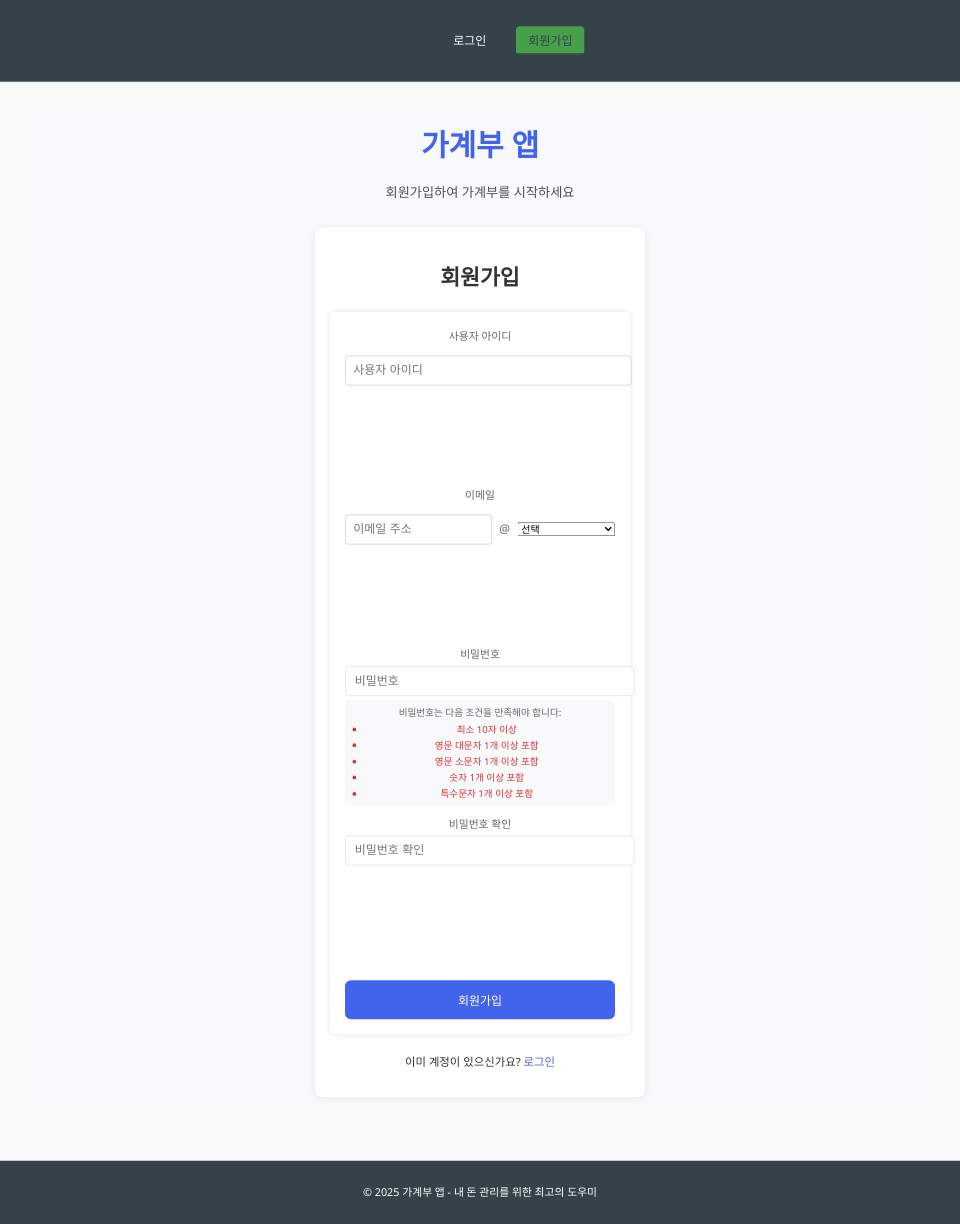
Repository: dldnwls07/Register_Login_Form
Page: /register
An editor plug-in stored every save of this project. The page is shown before and after the next save, followed by the edit.
The browser window is 1280 px wide. The pictures show the whole page, at 75% of full size.
The project was rebuilt for these pictures with package versions that can differ from the ones it lists, and the page was loaded fresh each time. Also part of the build but not shown: src/components/Summary.jsx, src/styles/pages/MainPage.css, src/pages/MainPage.jsx, src/utils/categoryData.js, src/components/CategorySelector.jsx, src/components/EntryForm.jsx, src/components/EntryTable.jsx, src/components/SearchBar.jsx and 15 more.

Above is the page before, as saved 2025-05-23 14:12:04.

### public/index.html
<!DOCTYPE html>
<html lang="en">
<head>
    <meta charset="UTF-8">
    <meta name="viewport" content="width=device-width, initial-scale=1.0">
    <title>My Money App</title>
</head>
<body>
    <div id="root"></div>
</body>
</html>

### src/styles/App.css
/* Added CSS variables for theme */
:root {
  --background-light: #f9f9f9;
  --background-dark: #121212;
  --text-light: #333;
  --text-dark: #eee;
  --primary-color: #35424a;
  --accent-color: #45a049;
  --border-radius: 5px;
  --box-shadow: 0 0 10px rgba(0, 0, 0, 0.1);
}

body {
  font-family: 'Segoe UI', Tahoma, Geneva, Verdana, sans-serif;
  background-color: var(--background-light);
  color: var(--text-light);
  margin: 0;
  padding: 0;
}

.dark body {
  background-color: var(--background-dark);
  color: var(--text-dark);
}

.container {
    width: 80%;
    margin: auto;
    overflow: hidden;
}

header {
    background: #35424a;
    color: #ffffff;
    padding: 10px 0;
    text-align: center;
}

h1 {
    margin: 0;
}

form {
    background: #ffffff;
    padding: 20px;
    border-radius: 5px;
    box-shadow: 0 0 10px rgba(0, 0, 0, 0.1);
}

input[type="text"],
input[type="number"] {
    width: 100%;
    padding: 10px;
    margin: 10px 0;
    border: 1px solid #ccc;
    border-radius: 4px;
}

button {
    background: #35424a;
    color: #ffffff;
    border: none;
    padding: 10px 15px;
    border-radius: 5px;
    cursor: pointer;
}

button:hover {
    background: #45a049;
}

.table {
    width: 100%;
    margin-top: 20px;
    border-collapse: collapse;
}

.table th,
.table td {
    border: 1px solid #ddd;
    padding: 8px;
}

.table th {
    background-color: #35424a;
    color: white;
}

.summary {
    background: #ffffff;
    padding: 20px;
    border-radius: 5px;
    box-shadow: 0 0 10px rgba(0, 0, 0, 0.1);
    margin-top: 20px;
}

.pie-chart {
    margin-top: 20px;
}

/* Added media query for responsiveness */
@media (max-width: 768px) {
  .entry-form {
    flex-direction: column;
  }
}

/* 앱 레이아웃 스타일 */
.App {
  display: flex;
  flex-direction: column;
  min-height: 100vh;
}

.App-header {
  background-color: var(--primary-color);
  color: white;
  padding: 1rem 0;
  text-align: center;
}

.App-content {
  flex: 1;
  padding: 2rem;
  max-width: 1200px;
  margin: 0 auto;
  width: 100%;
}

.App-footer {
  background-color: var(--primary-color);
  color: white;
  text-align: center;
  padding: 1rem 0;
  margin-top: 2rem;
}

/* 네비게이션 스타일 */
.main-navigation {
  background-color: var(--primary-color);
  padding: 0.5rem 0;
}

.nav-links {
  display: flex;
  justify-content: center;
  gap: 1.5rem;
  padding: 0;
  margin: 0;
}

.nav-links a {
  color: white;
  text-decoration: none;
  padding: 0.5rem 1rem;
  border-radius: var(--border-radius);
  transition: background-color 0.3s;
}

.nav-links a:hover, .nav-links a.active {
  background-color: var(--accent-color);
}

/* 카드 스타일 */
.navigation-links {
  display: grid;
  grid-template-columns: repeat(auto-fit, minmax(300px, 1fr));
  gap: 2rem;
  margin-top: 2rem;
}

.nav-card {
  background-color: white;
  padding: 1.5rem;
  border-radius: var(--border-radius);
  box-shadow: var(--box-shadow);
  transition: transform 0.3s, box-shadow 0.3s;
}

.nav-card:hover {
  transform: translateY(-5px);
  box-shadow: 0 10px 20px rgba(0, 0, 0, 0.15);
}

.nav-link {
  text-decoration: none;
  color: var(--text-light);
}

/* 페이지 스타일 */
.main-page, .spending-page, .goal-page, .analysis-page {
  padding: 1rem 0;
}

.back-link {
  margin-bottom: 2rem;
}

.back-link a {
  color: var(--primary-color);
  text-decoration: none;
  display: flex;
  align-items: center;
  gap: 0.5rem;
}

.back-link a:hover {
  text-decoration: underline;
}

/* 콘텐츠 레이아웃 */
.spending-content, .goal-content, .analysis-content {
  display: grid;
  grid-template-columns: 1fr;
  gap: 2rem;
}

@media (min-width: 768px) {
  .spending-content, .goal-content, .analysis-content {
    grid-template-columns: repeat(2, 1fr);
  }
}

### src/pages/auth/RegisterPage.jsx
import React from 'react';
import { useNavigate } from 'react-router-dom';
import RegisterForm from '../../components/RegisterForm';
import '../../styles/pages/AuthPage.css';

const RegisterPage = () => {
  const navigate = useNavigate();

  const handleRegisterSuccess = () => {
    navigate('/login', {
      state: { message: '회원가입에 성공했습니다. 로그인해주세요.' }
    });
  };

  return (
    <div className="auth-page">
      <div className="auth-container">
        <h1>가계부 앱</h1>
        <p className="auth-description">회원가입하여 가계부를 시작하세요</p>
        <RegisterForm onRegisterSuccess={handleRegisterSuccess} />
      </div>
    </div>
  );
};

export default RegisterPage;

### src/components/Navigation.jsx
import React from 'react';
import { Link, useLocation } from 'react-router-dom';
import { useAuth } from '../hooks/useAuth';

const Navigation = () => {
  const location = useLocation();
  const { user } = useAuth();

  return (
    <nav className="main-navigation">
      <ul className="nav-links">
        {user ? (
          // 로그인된 사용자용 메뉴
          <>
            <li>
              <Link to="/" className={location.pathname === '/' ? 'active' : ''}>
                대시보드
              </Link>
            </li>
            <li>
              <Link to="/spending" className={location.pathname === '/spending' ? 'active' : ''}>
                지출 관리
              </Link>
            </li>
            <li>
              <Link to="/goal" className={location.pathname === '/goal' ? 'active' : ''}>
                목표 설정
              </Link>
            </li>
            <li>
              <Link to="/analysis" className={location.pathname === '/analysis' ? 'active' : ''}>
                지출 분석
              </Link>
            </li>
            <li>
              <Link to="/profile" className={location.pathname === '/profile' ? 'active' : ''}>
                프로필
              </Link>
            </li>
          </>
        ) : (
          // 로그인되지 않은 사용자용 메뉴
          <>
            <li>
              <Link to="/login" className={location.pathname === '/login' ? 'active' : ''}>
                로그인
              </Link>
            </li>
            <li>
              <Link to="/register" className={location.pathname === '/register' ? 'active' : ''}>
                회원가입
              </Link>
            </li>
          </>
        )}
      </ul>
    </nav>
  );
};

export default Navigation;

### src/styles/Common.css
/* 공통 스타일 - 네비게이션, 헤더, 푸터 등 공통 요소 디자인 */

:root {
  --primary-color: #2D7FF9;
  --accent-color: #00D1D1;
  --text-color: #333333;
  --text-light: #666666;
  --background-color: #F5F7FC;
  --card-background: #FFFFFF;
  --border-radius: 16px;
  --box-shadow: 0 2px 10px rgba(0, 0, 0, 0.05);
  --hover-shadow: 0 10px 20px rgba(0, 0, 0, 0.1);
  --transition: 0.2s ease;
}

body {
  font-family: 'Pretendard', -apple-system, BlinkMacSystemFont, system-ui, Roboto, 'Helvetica Neue', 'Segoe UI', sans-serif;
  background-color: var(--background-color);
  color: var(--text-color);
  margin: 0;
  padding: 0;
  line-height: 1.6;
}

/* 앱 레이아웃 */
.App {
  display: flex;
  flex-direction: column;
  min-height: 100vh;
}

/* 헤더 스타일 */
.App-header {
  background-color: var(--card-background);
  box-shadow: 0 1px 5px rgba(0, 0, 0, 0.03);
  padding: 1.25rem 0;
  position: sticky;
  top: 0;
  z-index: 100;
}

.header-container {
  display: flex;
  flex-direction: column;
  align-items: center;
  max-width: 1200px;
  margin: 0 auto;
  padding: 0 1.5rem;
}

@media (min-width: 768px) {
  .header-container {
    flex-direction: row;
    justify-content: space-between;
  }
}

.App-header h1 {
  font-size: 1.5rem;
  font-weight: 700;
  color: var(--primary-color);
  margin: 0;
}

/* 메인 컨텐츠 스타일 */
.App-content {
  flex: 1;
  max-width: 1200px;
  margin: 0 auto;
  width: 100%;
  padding: 2rem 1.5rem;
}

/* 푸터 스타일 */
.App-footer {
  background-color: var(--card-background);
  padding: 1.5rem 0;
  margin-top: 3rem;
  text-align: center;
  font-size: 0.9rem;
  color: var(--text-light);
  border-top: 1px solid #eaeaea;
}

/* 네비게이션 스타일 */
.main-navigation {
  width: 100%;
  display: flex;
  justify-content: center;
  margin-top: 1rem;
}

@media (min-width: 768px) {
  .main-navigation {
    margin-top: 0;
  }
}

.nav-links {
  display: flex;
  gap: 1.5rem;
  padding: 0;
  margin: 0;
  list-style: none;
}

.nav-links a {
  color: var(--text-light);
  text-decoration: none;
  font-size: 1rem;
  font-weight: 500;
  padding: 0.5rem;
  transition: color var(--transition);
  position: relative;
}

.nav-links a:before {
  content: '';
  position: absolute;
  bottom: 0;
  left: 0;
  width: 0;
  height: 2px;
  background-color: var(--primary-color);
  transition: width var(--transition);
}

.nav-links a:hover, .nav-links a.active {
  color: var(--primary-color);
}

.nav-links a:hover:before, .nav-links a.active:before {
  width: 100%;
}

### src/styles/pages/AuthPage.css
/* 인증 페이지 스타일 */
.auth-page {
  display: flex;
  justify-content: center;
  align-items: center;
  min-height: 100vh;
  background-color: #f8f9fa;
}

.auth-container {
  width: 100%;
  max-width: 500px;
  padding: 20px;
  text-align: center;
}

.auth-page h1 {
  font-size: 2.5rem;
  margin-bottom: 0.5rem;
  color: #4263eb;
  font-weight: 700;
}

.auth-description {
  font-size: 1.1rem;
  color: #495057;
  margin-bottom: 2rem;
}

/* 반응형 조정 */
@media (max-width: 576px) {
  .auth-container {
    padding: 15px;
  }

  .auth-page h1 {
    font-size: 2rem;
  }

  .auth-description {
    font-size: 1rem;
  }
}

### src/styles/components/GoalSetter.css
/* GoalSetter 컴포넌트 스타일 */
.goal-setter {
  background-color: #fff;
  border-radius: 12px;
  padding: 24px;
  box-shadow: 0 2px 8px rgba(0, 0, 0, 0.08);
  margin-bottom: 24px;
}

.goal-setter h2 {
  font-size: 1.5rem;
  margin-bottom: 20px;
  color: #333;
  font-weight: 600;
}

.goal-form {
  margin-bottom: 24px;
  display: flex;
  flex-wrap: wrap;
  gap: 16px;
}

.form-group {
  flex: 1 1 200px;
  margin-bottom: 16px;
}

.form-group label {
  display: block;
  font-size: 0.9rem;
  margin-bottom: 6px;
  color: #666;
  font-weight: 500;
}

.form-group input {
  width: 100%;
  padding: 12px 16px;
  border: 1px solid #e0e0e0;
  border-radius: 8px;
  font-size: 1rem;
  transition: border 0.2s;
}

.form-group input:focus {
  border-color: #4263eb;
  outline: none;
}

.input-with-icon {
  position: relative;
}

.input-with-icon input {
  padding-right: 40px;
}

.currency-symbol {
  position: absolute;
  right: 16px;
  top: 50%;
  transform: translateY(-50%);
  color: #888;
}

.goal-submit-button {
  background-color: #4263eb;
  color: white;
  border: none;
  border-radius: 8px;
  padding: 12px 24px;
  font-size: 1rem;
  font-weight: 500;
  cursor: pointer;
  transition: background 0.2s;
}

.goal-submit-button:hover {
  background-color: #3249b1;
}

.goal-status {
  background-color: #f8f9fa;
  border-radius: 8px;
  padding: 20px;
}

.goal-header {
  display: flex;
  justify-content: space-between;
  align-items: center;
  margin-bottom: 16px;
}

.goal-header h3 {
  font-size: 1.2rem;
  font-weight: 500;
  margin: 0;
}

.achievement-toggle {
  display: flex;
  align-items: center;
  gap: 8px;
}

/* 토글 스위치 스타일 */
.switch {
  position: relative;
  display: inline-block;
  width: 48px;
  height: 24px;
}

.switch input {
  opacity: 0;
  width: 0;
  height: 0;
}

.slider {
  position: absolute;
  cursor: pointer;
  top: 0;
  left: 0;
  right: 0;
  bottom: 0;
  background-color: #ccc;
  transition: .4s;
}

.slider:before {
  position: absolute;
  content: "";
  height: 18px;
  width: 18px;
  left: 3px;
  bottom: 3px;
  background-color: white;
  transition: .4s;
}

input:checked + .slider {
  background-color: #4263eb;
}

input:focus + .slider {
  box-shadow: 0 0 1px #4263eb;
}

input:checked + .slider:before {
  transform: translateX(24px);
}

/* 둥근 슬라이더 */
.slider.round {
  border-radius: 34px;
}

.slider.round:before {
  border-radius: 50%;
}

/* 진행바 스타일 */
.progress-bar-container {
  height: 10px;
  background-color: #e9ecef;
  border-radius: 5px;
  overflow: hidden;
  margin-bottom: 8px;
}

.progress-bar {
  height: 100%;
  background-color: #4263eb;
  border-radius: 5px;
  transition: width 0.5s ease-in-out;
}

.progress-bar.exceeded {
  background-color: #e03131;
}

.progress-details {
  display: flex;
  justify-content: space-between;
  align-items: center;
  margin-bottom: 16px;
}

.progress-percentage {
  font-weight: 600;
  color: #333;
  margin: 0;
}

.progress-numbers {
  display: flex;
  justify-content: space-between;
  width: 100%;
  color: #666;
  font-size: 0.9rem;
  margin: 8px 0 0;
}

.goal-status-message {
  padding: 12px;
  border-radius: 6px;
  margin-top: 16px;
}

.goal-status-message.remaining {
  background-color: #e6f4ea;
}

.goal-status-message.exceeded {
  background-color: #fde7e9;
}

.goal-status-message .alert {
  color: #c92a2a;
  display: flex;
  align-items: center;
  gap: 8px;
}

.goal-status-message .success {
  color: #2b8a3e;
  display: flex;
  align-items: center;
  gap: 8px;
}

.goal-status-message .icon {
  font-size: 1.2rem;
}

.no-goal-message {
  text-align: center;
  padding: 24px;
  background-color: #f8f9fa;
  border-radius: 8px;
  color: #666;
}

.no-goal-message p:first-child {
  font-size: 1.1rem;
  font-weight: 500;
  margin-bottom: 8px;
}

@media (max-width: 768px) {
  .goal-form {
    flex-direction: column;
    gap: 12px;
  }

  .goal-header {
    flex-direction: column;
    align-items: flex-start;
    gap: 12px;
  }

  .achievement-toggle {
    width: 100%;
    justify-content: flex-start;
  }
}

### src/styles/components/AuthForm.css
/* 인증 폼 스타일 (로그인/회원가입) */

.auth-form-container {
  max-width: 400px;
  margin: 0 auto;
  padding: 20px;
  background-color: #fff;
  border-radius: 10px;
  box-shadow: 0 2px 10px rgba(0, 0, 0, 0.08);
}

.auth-title {
  font-size: 1.8rem;
  margin-bottom: 24px;
  color: #333;
  font-weight: 600;
  text-align: center;
}

.auth-form {
  display: flex;
  flex-direction: column;
  gap: 10px;
}

.form-group {
  display: flex;
  flex-direction: column;
  margin-bottom: 2px;
}

.form-group label {
  font-size: 0.9rem;
  margin-bottom: 4px;
  color: #666;
  font-weight: 500;
}

.form-group input {
  padding: 10px 12px;
  border: 1px solid #e0e0e0;
  border-radius: 6px;
  font-size: 1rem;
  transition: border 0.2s;
}

.form-group input:focus {
  border-color: #4263eb;
  outline: none;
  box-shadow: 0 0 0 2px rgba(66, 99, 235, 0.1);
}

.form-group input[disabled] {
  background-color: #f8f9fa;
  cursor: not-allowed;
}

.input-error {
  color: #e03131;
  font-size: 0.85rem;
  margin-top: 6px;
}

.auth-button {
  background-color: #4263eb;
  color: white;
  border: none;
  border-radius: 8px;
  padding: 14px;
  font-size: 1rem;
  font-weight: 500;
  cursor: pointer;
  margin-top: 8px;
  transition: background 0.2s;
}

.auth-button:hover {
  background-color: #3249b1;
}

.auth-button:disabled {
  background-color: #adb5bd;
  cursor: not-allowed;
}

.auth-button.loading {
  position: relative;
  opacity: 0.8;
}

.auth-button.loading::after {
  content: '';
  position: absolute;
  width: 20px;
  height: 20px;
  top: 50%;
  left: 50%;
  margin-left: -10px;
  margin-top: -10px;
  border: 3px solid rgba(255, 255, 255, 0.3);
  border-radius: 50%;
  border-top-color: #fff;
  animation: spin 1s ease-in-out infinite;
}

@keyframes spin {
  to { transform: rotate(360deg); }
}

.auth-links {
  margin-top: 24px;
  text-align: center;
  font-size: 0.95rem;
}

.auth-links a {
  color: #4263eb;
  text-decoration: none;
  font-weight: 500;
}

.auth-links a:hover {
  text-decoration: underline;
}

.auth-error-message,
.auth-success-message {
  padding: 12px;
  margin-bottom: 20px;
  border-radius: 8px;
  font-size: 0.95rem;
}

.auth-error-message {
  background-color: #fff5f5;
  color: #e03131;
  border-left: 4px solid #e03131;
}

.auth-success-message {
  background-color: #f4fce3;
  color: #2b8a3e;
  border-left: 4px solid #2b8a3e;
}

/* 비밀번호 강도 표시 스타일 */
.password-strength {
  margin-top: 3px;
  margin-bottom: 5px;
}

.strength-meter {
  height: 3px;
  background-color: #e0e0e0;
  border-radius: 2px;
  margin-bottom: 3px;
  position: relative;
  overflow: hidden;
}

.strength-bar {
  height: 100%;
  border-radius: 2px;
  transition: width 0.3s ease;
}

.strength-bar.strength-매우\ 약함 {
  background-color: #ff4d4d;
}

.strength-bar.strength-약함 {
  background-color: #ffa64d;
}

.strength-bar.strength-중간 {
  background-color: #ffdd4d;
}

.strength-bar.strength-강함 {
  background-color: #4cd964;
}

.strength-text {
  font-size: 12px;
  display: block;
}

.strength-text.strength-매우\ 약함 {
  color: #ff4d4d;
}

.strength-text.strength-약함 {
  color: #ffa64d;
}

.strength-text.strength-중간 {
  color: #8a8a8a;
}

.strength-text.strength-강함 {
  color: #4cd964;
}

/* 새로 추가된 스타일 */
.email-group {
  display: flex;
  align-items: center;
  gap: 5px;
}

.email-prefix {
  flex: 1;
}

.email-at {
  margin: 0 5px;
  color: #666;
}

.email-domain {
  width: 130px;
}

.custom-domain {
  margin-top: 10px;
}

.custom-domain input {
  width: 100%;
}

.password-input-container {
  position: relative;
  display: flex;
  align-items: center;
}

.password-input-container input {
  width: 100%;
}

.toggle-password-btn {
  position: absolute;
  right: 10px;
  top: 50%;
  transform: translateY(-50%);
  background: none;
  border: none;
  color: #666;
  font-size: 0.85rem;
  cursor: pointer;
  padding: 3px 6px;
  border-radius: 3px;
}

.toggle-password-btn:hover {
  background-color: #f1f3f5;
}

.input-error-field {
  border-color: #e03131 !important;
}

.password-policy {
  font-size: 0.8rem;
  color: #666;
  margin-top: 5px;
  padding: 6px 8px;
  background-color: #f8f9fa;
  border-radius: 6px;
}

.password-policy p {
  margin-top: 0;
  margin-bottom: 3px;
  font-weight: 500;
}

.password-policy ul {
  margin: 0;
  padding-left: 18px;
}

.password-policy li {
  margin-bottom: 1px;
}

.password-policy li.met {
  color: #2b8a3e;
}

.password-policy li.not-met {
  color: #e03131;
}

.form-options {
  display: flex;
  justify-content: space-between;
  align-items: center;
  margin: 15px 0;
  font-size: 0.9rem;
}

.remember-me {
  display: flex;
  align-items: center;
}

.remember-me input[type="checkbox"] {
  margin-right: 5px;
}

.forgot-password-link {
  color: #5c7cfa;
  text-decoration: none;
}

.forgot-password-link:hover {
  text-decoration: underline;
}

.auth-warning-message {
  margin-top: 12px;
  padding: 8px;
  border-radius: 6px;
  background-color: #fff9db;
  color: #f08c00;
  font-size: 0.85rem;
  border-left: 3px solid #f08c00;
}

/* 반응형 */
@media (max-width: 480px) {
  .auth-form-container {
    padding: 20px;
    border-radius: 8px;
  }

  .auth-title {
    font-size: 1.5rem;
    margin-bottom: 20px;
  }
}

Loaded but not shown: src/utils/authService.js (592 lines, source omitted); src/utils/authUtils.js (248 lines, source omitted); src/utils/browserDBService2.js (196 lines, source omitted); src/utils/cryptoUtils.js (175 lines, source omitted); src/utils/browserDBService.js (137 lines, source omitted); src/utils/browserDBService3.js (78 lines, source omitted); src/utils/storageKeys.js (68 lines, source omitted); src/utils/localStorageUtil.js (43 lines, source omitted); src/utils/dbServiceWrapper.js (25 lines, source omitted); src/index.js (12 lines, source omitted); src/hooks/useAuth.js (14 lines, source omitted); src/components/RegisterForm.jsx (345 lines, source omitted); src/App.jsx (208 lines, source omitted); src/styles/pages/ProfilePage.css (373 lines, source omitted); src/context/AuthContext.jsx (170 lines, source omitted)

After the next save:
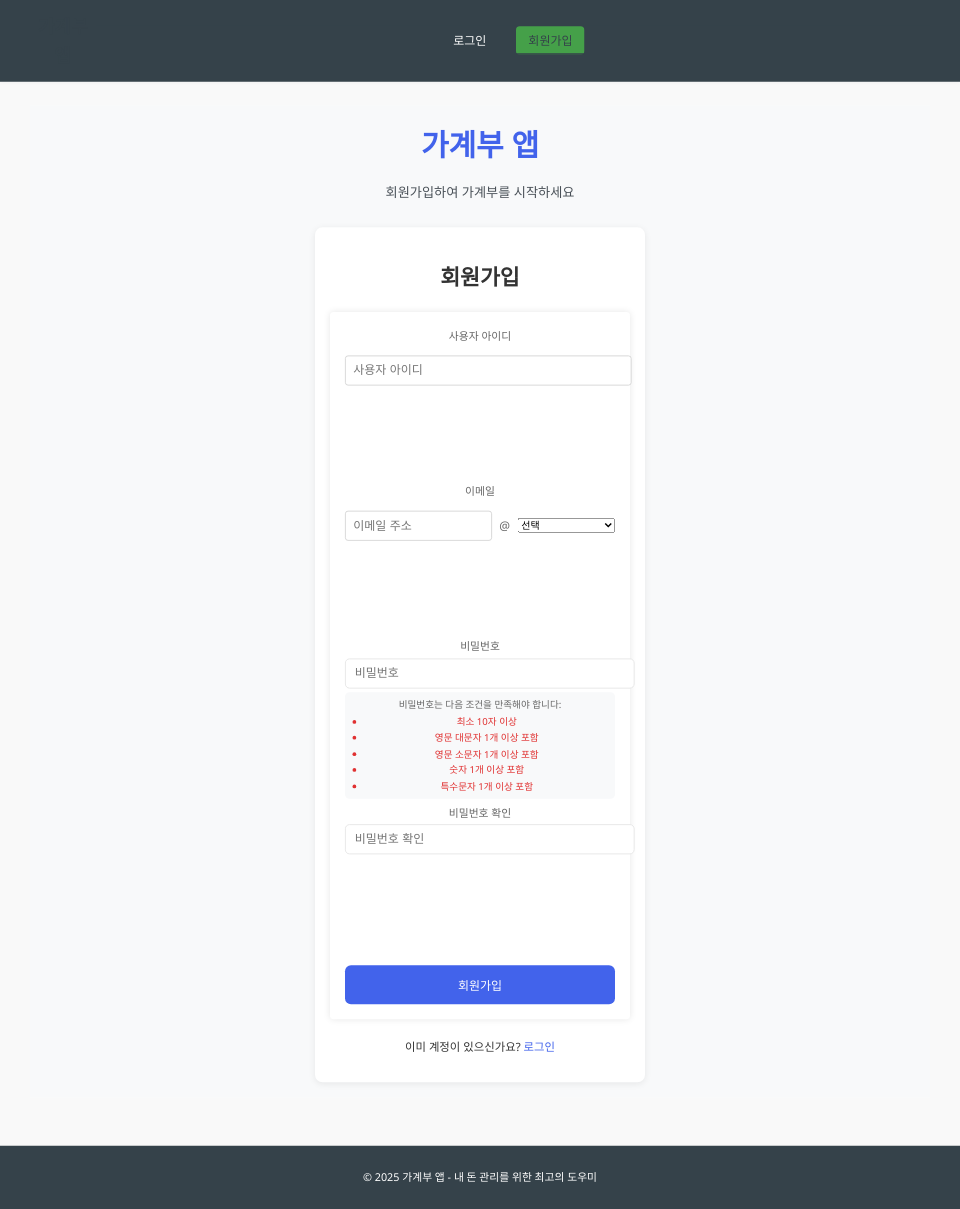
Saved 14 s later.
--- a/src/styles/components/AuthForm.css
+++ b/src/styles/components/AuthForm.css
@@ -20,7 +20,7 @@
 .auth-form {
   display: flex;
   flex-direction: column;
-  gap: 10px;
+  gap: 5px;
 }
 
 .form-group {
